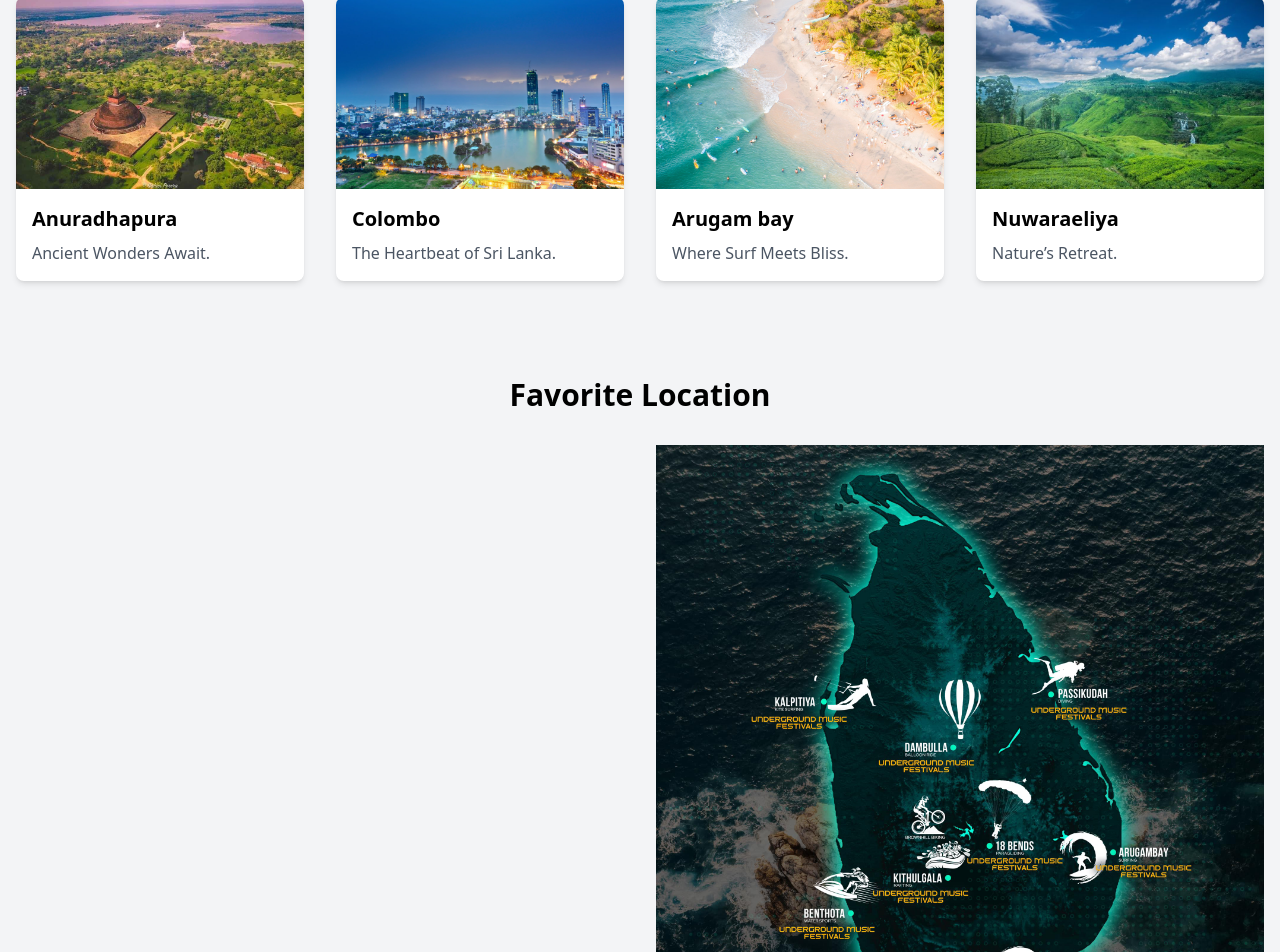
Repository: thisara199/Travel-Agency-Website
Page: /
An editor plug-in stored every save of this project. The page is shown before and after the next save, followed by the edit.
The browser window is 1280 px wide. The pictures show the part of the page from y = 839 to 1791 px (the page is 3132 px tall).
The project was rebuilt for these pictures with package versions that can differ from the ones it lists, and the page was loaded fresh each time. Also part of the build but not shown: vite.config.js.

Above is the page before, as saved 2024-09-04 07:10:06.

After the next save:
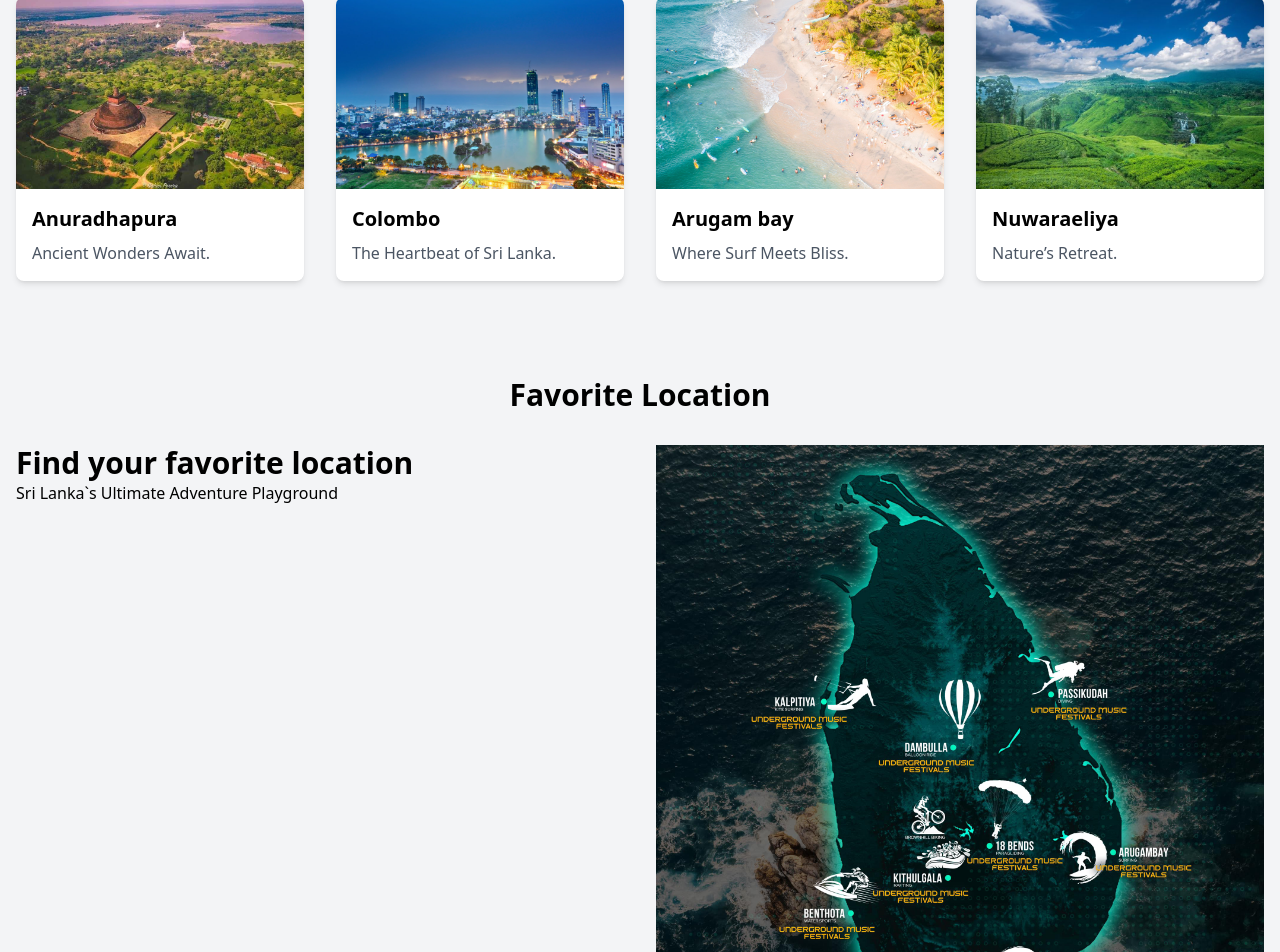
Saved 57 s later.
--- a/src/components/Banner/Banner.jsx
+++ b/src/components/Banner/Banner.jsx
@@ -7,7 +7,8 @@ const Banner1 = () => {
         <h2 data-aos="fade-up" className='mb-8 text-3xl font-bold text-center'>Favorite Location</h2>
         <div className="grid gap-8 sm:grid-cols-1 md:grid-cols-2">
           <div>
-
+           <h1 className='text-3xl font-bold'>Find your favorite location</h1>
+           <h2>Sri Lanka`s Ultimate Adventure Playground</h2>
           </div>
           <div>
             <img src={Banner} alt="Favorite location banner" className="w-full h-auto" />
